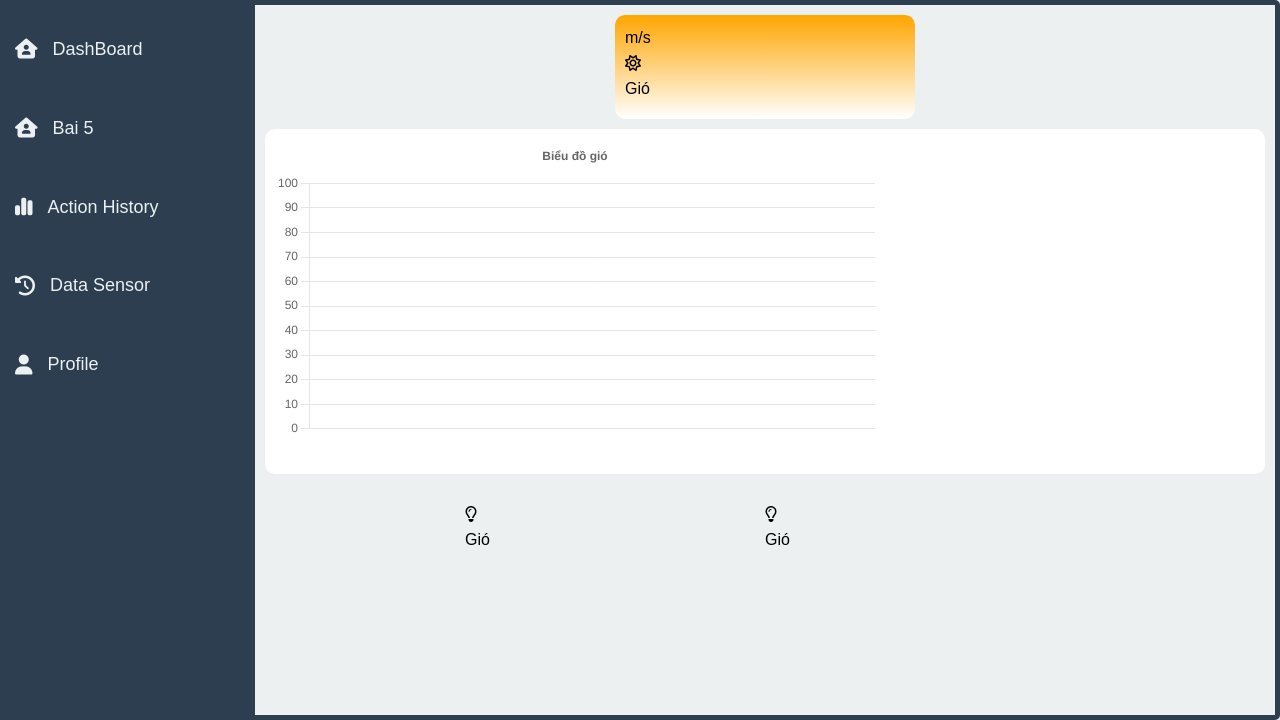
Repository: duongnoob23/duyyyy
Page: /bai5 (app in iot/)
The author's editor kept a copy of each file at every save. The page is drawn from the files as they stood at one save, then again after the next save.
The browser window is 1280 px wide. The pictures show the whole page.
The page's requests for data from a server got no answer. Some web libraries are served in a nearby version. The project was rebuilt for these pictures with package versions that can differ from the ones it lists, and the page was loaded fresh each time. No one was signed in, and anything a server would have sent is missing. Also part of the build but not shown: iot/src/App.css, iot/src/Components/Doughnut/GaugeChart.js, iot/src/Components/LineChart/LineChartECharts.js, iot/src/Pages/Home/Home.js, iot/src/Pages/DataLogs/DataLogs.js, iot/src/Pages/Profile/Profile.css, iot/src/Pages/Profile/Profile.js, iot/src/Pages/Action/Action.js and 1 more.

Above is the page before, as saved 2024-12-02 21:17:35.

### iot/public/index.html
<!DOCTYPE html>
<html lang="en">
  <head>
    <meta charset="utf-8" />
    <link rel="icon" href="%PUBLIC_URL%/favicon.ico" />
    <meta name="viewport" content="width=device-width, initial-scale=1" />
    <meta name="theme-color" content="#000000" />
    <meta
      name="description"
      content="Web site created using create-react-app"
    />
    <link rel="apple-touch-icon" href="%PUBLIC_URL%/logo192.png" />
    <!--
      manifest.json provides metadata used when your web app is installed on a
      user's mobile device or desktop. See https://developers.google.com/web/fundamentals/web-app-manifest/
    -->
    <link rel="manifest" href="%PUBLIC_URL%/manifest.json" />
    <!--
      Notice the use of %PUBLIC_URL% in the tags above.
      It will be replaced with the URL of the `public` folder during the build.
      Only files inside the `public` folder can be referenced from the HTML.

      Unlike "/favicon.ico" or "favicon.ico", "%PUBLIC_URL%/favicon.ico" will
      work correctly both with client-side routing and a non-root public URL.
      Learn how to configure a non-root public URL by running `npm run build`.
    -->
    <link rel="stylesheet" href="https://cdnjs.cloudflare.com/ajax/libs/font-awesome/6.6.0/css/all.min.css" integrity="sha512-Kc323vGBEqzTmouAECnVceyQqyqdsSiqLQISBL29aUW4U/M7pSPA/gEUZQqv1cwx4OnYxTxve5UMg5GT6L4JJg==" crossorigin="anonymous" referrerpolicy="no-referrer" />
    <title>React App</title>
    <script src="https://code.highcharts.com/highcharts.js"></script>
  </head>
  <body>
    <noscript>You need to enable JavaScript to run this app.</noscript>
    <div id="root"></div>
    <!--
      This HTML file is a template.
      If you open it directly in the browser, you will see an empty page.

      You can add webfonts, meta tags, or analytics to this file.
      The build step will place the bundled scripts into the <body> tag.

      To begin the development, run `npm start` or `yarn start`.
      To create a production bundle, use `npm run build` or `yarn build`.
    -->
  </body>
</html>

### iot/src/index.js
import React from 'react';
import { DatePicker } from 'antd';
import ReactDOM from 'react-dom/client';
import './index.css';
import App from './App';
import reportWebVitals from './reportWebVitals';
import { BrowserRouter } from 'react-router-dom';


const root = ReactDOM.createRoot(document.getElementById('root'));
root.render(
  // <React.StrictMode>
  <BrowserRouter>
    <App />
  </BrowserRouter>

  // </React.StrictMode>
);


reportWebVitals();

### iot/src/index.css
body {
  margin: 0;
  font-family: -apple-system, BlinkMacSystemFont, 'Segoe UI', 'Roboto', 'Oxygen',
    'Ubuntu', 'Cantarell', 'Fira Sans', 'Droid Sans', 'Helvetica Neue',
    sans-serif;
  -webkit-font-smoothing: antialiased;
  -moz-osx-font-smoothing: grayscale;
}

code {
  font-family: source-code-pro, Menlo, Monaco, Consolas, 'Courier New',
    monospace;
}

*{
  box-sizing: border-box;
  font-family: Arial, Helvetica, sans-serif;
}

html{
  font-size: 62.5%;
}

ul,li{
  list-style-type: none;
  margin: 0;
  padding:0;
}
a{
  text-decoration: none;
}

body{
  margin: 0;
  padding: 0;

}

### iot/src/App.js
// import logo from './logo.svg';
import './App.css';
import Layout from './Components/Layout/Layout';
import { Routes,Route} from 'react-router-dom';
import Home from './Pages/Home/Home';
import DataLogs from './Pages/DataLogs/DataLogs';
import Profile from './Pages/Profile/Profile';
import Action from './Pages/Action/Action';
import Bai5 from './Pages/Bai5/Bai5';
function App() {
  return (
    <>

      <Routes>
          <Route path="/" element = {<Layout/>}>
            <Route path='home' element={<Home/>}/>
            <Route path='bai5' element={<Bai5 />}/>
            <Route path='datalogs' element={<DataLogs/>}/>
            <Route path='profile' element={<Profile/>}/>
            <Route path='action' element={<Action/>}/>
          </Route>
      </Routes>
    </>
  );
}

export default App;

### iot/src/Components/Layout/Layout.js
import './Layout.css'
import { Link, Outlet, } from "react-router-dom";
// import { useState } from "react";

function Layout(){

    return (
        <>

        <div className="dashBoard">
        <div className="sideBar">
            <ul className="sideBar-list">
                <li className="sideBar-item">
                    {/* <a  href="#" className="sideBar-icon">
                        <i className="fa-solid fa-house-user">
                        </i>
                        <span className='sideBar-text'>DashBoard</span>
                    </a> */}
                    <Link className='sideBar-icon' to={"/home"}>
                        <i className="fa-solid fa-house-user">
                        </i>
                        <span className='sideBar-text'>DashBoard</span>
                    </Link>
                </li>
                <li className="sideBar-item">
                    <Link className='sideBar-icon' to={"/bai5"}>
                        <i className="fa-solid fa-house-user">
                        </i>
                        <span className='sideBar-text'>Bai 5</span>
                    </Link>
                </li>
                <li className="sideBar-item">
                <Link  className="sideBar-icon" to={"/action"}>
                    <i className="fa-solid fa-chart-simple"></i>
                        <span className='sideBar-text'>Action History</span>
                    </Link>
                </li>
                <li className="sideBar-item">
                    <Link className="sideBar-icon" to={"/datalogs"} >
                    <i className="fa-solid fa-clock-rotate-left"></i>
                        <span className='sideBar-text'> Data Sensor</span>
                    </Link>
                </li>
                <li className="sideBar-item">

                    <Link className="sideBar-icon" to={"/profile"}>
                        <i className="fa-solid fa-user"></i>
                        <span className='sideBar-text'>Profile</span>
                    </Link>
                </li>
            </ul>
        </div>
        <div className="sideMain">
            <Outlet/>
        </div>
    </div>
        </>
    )
}

export default Layout;

### iot/src/Components/Layout/Layout.css


/* Reset default padding and margins */
* {
    margin: 0;
    padding: 0;
    box-sizing: border-box;
}

/* DashBoard container */
.dashBoard {
    display: flex;
    height : 100vh;
    font-family: 'Roboto', sans-serif;
}

/* SideBar styling */
.sideBar {
    width: 250px;
    background-color: #2c3e50;
    padding: 20px 0;
    position: fixed;
    height: 100%;
    transition: all 0.3s ease;
}

.sideBar-list {
    list-style: none;
    padding-left: 0;
}

.sideBar-item {
    margin-bottom: 20px;
}

.sideBar-icon {
    display: flex;
    align-items: center;
    padding: 15px;
    color: #ecf0f1;
    text-decoration: none;
    transition: background 0.3s ease, color 0.3s ease;
}

.sideBar-icon i {
    margin-right: 15px;
    font-size: 20px;
}

/* Hover effect for sidebar items */
.sideBar-icon:hover {
    background-color: #34495e;
    color: #1abc9c;
    cursor: pointer;
    padding-left: 25px; /* Add a slide effect */
    transition: all 0.3s ease;
}

.sideBar-text {
    font-size: 18px;
}

/* Active link effect */
.sideBar-icon.active {
    background-color: #1abc9c;
    color: #fff;
    border-radius: 8px;
    transition: all 0.3s ease;
}

/* SideMain styling */
.sideMain {
    margin-left: 250px;
    background-color: #ecf0f1;
    flex-grow: 1;
}

/* Responsive Design */
@media screen and (max-width: 768px) {
    .sideBar {
        width: 200px;
    }

    .sideBar-icon {
        padding: 10px;
    }

    .sideMain {
        margin-left: 200px;
        padding: 20px;
    }
}

@media screen and (max-width: 576px) {
    .sideBar {
        width: 60px;
    }

    .sideBar-icon i {
        margin-right: 0;
        text-align: center;
        flex: 1;
    }

    .sideBar-text {
        display: none;
    }

    .sideMain {
        margin-left: 60px;
        padding: 10px;
    }
}

### iot/src/Pages/Home/Home.css
/* General Styling */
.main {
    display: flex;
    flex-direction: column;
    height : 100%; /* Chiếm toàn bộ chiều cao của màn hình */

    box-sizing: border-box; /* Đảm bảo padding không làm thay đổi kích thước */
}

.section {
  width: 100%;
  height : 100%;
}



.section-one{
    width: 100vh;
    height : 100%;
    display: flex;
    flex-direction: row;

}

.left{
  width: 75%;
}

.right{
  width: 25%;
}

.sensor{
    height: 30%;
}


.sensor-list {
    height: 100%;
    display: flex;
    list-style-type: none;
    padding: 0;
    margin: 0;
    justify-content: space-between; /* Rải đều các phần tử trong container */
    width: 100%; /* Chiếm toàn bộ chiều rộng của màn hình */
}

.sensor-item {
    flex: 1; /* Các phần tử sẽ tự động chiếm đều không gian */
    /* padding: 5px; */
    background-color: #ffffff;
    border-radius: 12px;
    box-shadow: 0 4px 12px rgba(0, 0, 0, 0.1);
    display: flex;
    flex-direction: column;
    align-items: center;
    text-align: center;
    margin: 10px;
    min-width: 50px; /* Đảm bảo các phần tử không quá nhỏ */
}
  .sensor-item .sensor-digit {
    font-size: 1.2em;
    font-weight: bold;
    margin-bottom: 5px;
    color: #333;
  }

  .sensor-item:nth-child(2){
    /* margin:10px 20px; */
  }

  .sensor-bar {
    width: 100%;
    height: 100px;
    background-color: #e0e0e0;
    border-radius: 8px;
    position: relative;
    overflow: hidden;
    margin: 10px 0;
  }

  .sensor-fill {
    position: absolute;
    bottom: 0;
    width: 100%;
    border-radius: 8px;
  }

  .sensor-item.light .sensor-fill {
    background-color: #ffb74d; /* Soft orange for light */
  }

  .sensor-item.temperature .sensor-fill {
    background-color: #ef5350; /* Soft red for temperature */
  }

  .sensor-item.humidity .sensor-fill {
    background-color: #42a5f5; /* Soft blue for humidity */
  }

  .label {
    font-size: 0.9em;
    font-weight: 600;
    color: #777;
  }
  /* Chart Section */
  .chart {
    height: 70%;
    width: 100%;
    /* margin-top: 20px; */
    /* margin: 15px; */
    padding: 0;
  }
.styleChart{
  aspect-ratio: 7/3;
}
  /* Electric Section */
  .electric {
    width: 100%;
    margin-top: 5px;
  }

  .electric-list {
    list-style: none;
    padding: 0;
    margin: 0;
    display: flex;
    flex-direction: column;
    justify-content: space-around;
    gap: 15px;
  }

  .electric-item {
    /* flex: 1; */
    text-align: center;
    padding: 20px;
    background-color: #f9f9f9;
    border-radius: 10px;
    box-shadow: 0px 4px 10px rgba(0, 0, 0, 0.1);
    transition: transform 0.3s ease, box-shadow 0.3s ease;
    width: 300px;
  }




  .electric-box {
    position: relative;
    margin-bottom: 10px;
  }

  .electric-input {
    display: none;
  }

  .electric-label {
    display: block;
    width: 60px;
    height: 30px;
    background-color: #ddd;
    border-radius: 15px;
    position: relative;
    cursor: pointer;
    transition: background-color 0.3s;
  }



  .electric-input:checked + .electric-label {
    background-color: #4caf50;
  }

  .electric-input:checked + .electric-label:before {
    left: 31px;
  }

  .on-off {
    font-weight: bold;
    margin-top: 8px;
    font-size: 16px;
  }

  .electric-item i {
    font-size: 36px;
    color: #4caf50;
  }

  .electric-item .light-icon,
  .electric-item .temp-icon,
  .electric-item .air-icon {
    color: #aaa;
  }

/* css button  */

### iot/src/Components/Helper/URL.js
export const URL = "http://localhost:3001";

### iot/src/Pages/DataLogs/DataLogs.css
*{
    box-sizing: border-box;
}
.table {
    width: 90%;
    border-collapse: collapse;
    margin: 10px;
    border-radius:10px;
    overflow: hidden;
}

.data{
    border:5px solid #2c3e50;
    border-radius: 0 5px 5px 0;
    height: 100%;
}

.table__body{
    border-radius: 10px;
    border: 2px solid #2c3e50;
}

.table__head{
    border: 2px solid #2c3e50;
}
th, td {
    padding: 10px;
    text-align: center;
    border-bottom: 1px solid #ddd;
}
th {
    background-color: #2c3e50;
    color: white;
}

.table-row__body{
    transition: all 0.1s linear;

}
.table-row__body:nth-child(even){
    background-color: #eee;

}
.table-row__body:hover{
    background-color: #2c3e50;
    color: #F4C427;

}

.table-row__body:active{
    background-color: #2c3e50;
    color: #F4C427;
}
.data__title{
    margin-left: 10px;
    font-size: 20px;
    font-weight: bold;
}

.data__sort{
    margin-left: 10px;
    font-size: 15px;
    font-weight: bold;
    margin-bottom: 10px;

}

.data__in{
    border-radius: 10px;
    border: 2px solid #7A40F2;
    margin: 10px;
}

### iot/src/Pages/Action/Action.css
* {
    box-sizing: border-box;
    font-family: 'Arial', sans-serif; /* Change this to your preferred font */
    font-size: 16px; /* Default font size */
    line-height: 1.6; /* Controls line spacing */
}


.action {
    border: 5px solid #2c3e50;
    border-radius: 0 5px 5px 0;
    height: 100vh; /* Full viewport height */
    display: flex;
    flex-direction: column;
    justify-content: space-between; /* Distribute space evenly */
}

.action-title {
    margin-left: 10px;
    font-size: 24px;
    font-weight: bold;
    margin-bottom: 20px;
}

.option {
    display: flex;
    align-items: center;
    margin-bottom: 20px;
}

.search {
    margin-left: 20px;
    display: flex;
    align-items: center;
}

.search__input {
    padding: 8px 15px;
    border-radius: 8px;
    outline: none;
    border: 1px solid #2c3e50;
    margin-right: 5px;
    font-size: 16px;
}

.search__icon {
    cursor: pointer;
    font-size: 20px;
    color: #2c3e50;
}

.select, .select2 {
    margin-left: auto;
    padding: 0 10px;
}

.select__list {
    padding: 8px 12px;
    border-radius: 8px;
    border: 1px solid #2c3e50;
    outline: none;
    font-size: 16px;
}

/* Table container to control overflow */
.table__container {
    flex-grow: 1;
    overflow-y: auto;
    border-radius: 10px;
    margin: 0 20px;
    padding-bottom: 20px;
}

.table {
    width: 100%;
    border-collapse: collapse;
}

.table__head {
    background-color: #2c3e50;
    color: white;
    border-radius: 10px 10px 0 0;
}

.table-row__head th, .table-row__body td {
    padding: 10px;
    text-align: center;
}

.table-row__body:nth-child(even) {
    background-color: #f7f7f7;
}

.table-row__body:hover {
    background-color: #2c3e50;
    color: #F4C427;
}

/* Maintain height to ensure 10 rows fill the page */
.table-row__body {
    height: 40px; /* Adjust this based on design preferences */
    transition: background-color 0.3s;
}

.table__body {
    border-radius: 0 0 10px 10px;
}

.pagination {
    margin-right: 20px;
    padding: 10px 0;
    text-align: right;
}

.pagi__list {
    display: flex;
    justify-content: flex-end;
    align-items: center;
    font-size: 16px;
}

.pagi__item {
    margin: 0 5px;
    cursor: pointer;
    padding: 5px 10px;
    border: 1px solid #3498db;
    border-radius: 5px;
    transition: background-color 0.3s;
}

.pagi__next, .pagi__pre {
    color: #3498db;
}

.pagi__cur {
    font-weight: bold;
    color: #fff;
    background-color: #15181b;
    border-radius: 5px;
    padding: 5px 10px;
}

/* Ensure last row visibility */
.table__container::-webkit-scrollbar {
    width: 6px;
}

.table__container::-webkit-scrollbar-thumb {
    background-color: #121518;
    border-radius: 10px;
}

### iot/src/Pages/Bai5/Bai5.css
.main{
    width: 100%;
    padding:10px;
    height: 100%;
    border:5px solid #2c3e50;
    border-radius: 0 5px 5px 0;
}


.section{
}

.section .section-two{
    height: 100%;
    width: 100%;
    display: flex;
    flex-direction: column;
}



.electric{
    background-color: white;
    /* padding:10px; */
    border-radius: 15px;
    /* margin-bottom: 15px; */
}

.electric-list{
    display: flex;
    justify-content: center;
    align-items: center;
    margin-left: -20px;
    height: 100%;
}

.electric-item{
    width: 80%;
    height: calc(100% / 3 - 10px);
    margin-left: 20px;
    /* background-color: white; */
    border-radius: 10px;
    padding: 10px;
    box-shadow: rgba(0, 0, 0, 0.35) 0px 5px 15px;
    color:#2c3e50;
    display: flex;
    flex-direction: column;
    justify-content: space-between;
    font-size: 15px;
    transition: all 0.25s linear;
    position: relative;
    /* cursor: pointer; */
}

/* .electric-item:hover{
    background-color: #2c3e50;
    color: white;
    box-shadow: #2c3e50 3px 3px 9px 0px;
} */

.electric-item i{
    font-size: 40px;
}

.electric-item .on-off{
    font-size: 20px;
    color: black;
    margin-top: 0;
}

.electric-item:hover .on-off{
    /* color:white; */
}

.electric-input{
    display: none;
}

.electric-input:checked + .electric-label{
    background-color: #2c3e50;
    box-shadow: white 0px 5px 15px;
}

.electric-input:checked + .electric-label:after{
    background-color: white;
    transform: translateX(17px);
}
.electric-input:checked .temperature{
    color: #2c3e50;
}


.electric-label{
    position: absolute;
    top:20px;
    right: 20px;
    width: 36px;
    height: 20px;
    border-radius: 20px;
    background-color: #F5F5F5;
    transition: all 0.25s linear;
    cursor: pointer;
}

.electric-label:after{
    cursor: pointer;
    content: "";
    position:  absolute;
    top:1px;
    left: 1px;
    width: 18px;
    height: 18px;
    border-radius: 50%;
    background-color: white;
    transition: all 0.25s linear;
    box-shadow: rgba(0, 0, 0, 0.35) 0px 5px 15px;
}

.electric-item .electric-light{
    display: inline-block;
    font-size: 40px;
    color: black;
    transition: all 0.4s linear;
    display: flex;
    justify-content: center;
    align-items: center;
}
.electric-item .electric-light.show{
    color: yellow;
    /* box-shadow: 0 0 3px 3px yellow; */
    filter: drop-shadow(0 0 10px rgba(255, 255, 0, 0.8)) drop-shadow(0 0 20px rgba(255, 255, 0, 0.642));
}

.electric-item .electric-air{
    display: flex;
    justify-content: center;
    align-items: center;
    color:black;
}

.electric-item .electric-air.show{
    content: "";
    animation:spin 2s linear infinite;
    color:#3acbe9;
    transition: all 0.4s linear;
}

.electric-item .electric-temperature{
    display: flex;
    justify-content: center;
    align-items: center;
    color:black;
}

.electric-item .electric-temperature.show{
    /* color: linear-gradient(to top,red ,yellow ); */
    background-image: linear-gradient(to top,red,yellow);
    color:transparent;
    background-clip: text;
    transition: all 0.4s linear;
}

@keyframes spin {
    to{
        transform: rotate(720deg);
    }
  }

.meter{
    background-color: white;
    padding:10px;
    border-radius: 15px;
    margin-bottom: 5px;
}

.meter-list{
    display: flex;
    justify-content: center;
    align-items: center;
    margin-left: -20px;
}

.meter-item{
    width: calc(100% / 3 - 20px);
    height: 120px;
    margin-left: 20px;
    /* background-color: white; */
    border-radius: 10px;
    padding: 10px;
    box-shadow: rgba(0, 0, 0, 0.35) 0px 5px 15px;
    color:black;
    display: flex;
    flex-direction: column;
    justify-content: space-between;
    font-size: 18px;
    transition: all 0.25s linear;
    position: relative;
}
.meter-item:first-child{
    /* background-image: linear-gradient(to bottom,#F4C427,white); */
    background-color: #f4c427;
    }



.meter-item:last-child{
    /* background-image: linear-gradient(to bottom,#3ACBE9,white); */
    background-color: #3acbe9;
}

.meter-item:nth-child(2){
    /* background-image: linear-gradient(to bottom,#FF9060,white); */
    background-color: #FF9060;
}

.meter-digit
{
    text-align: start;
    font-size: 24px;
    font-weight: white;
}

.chart{
    width: 100%;
    height: 50%;
    border-radius: 10px;
    background-color: white;
    padding:10px;
    margin-bottom: 20px;
    ;
}



.blink {
    background-color: yellow;
    animation: blink 1s infinite;
  }

  @keyframes blink {
    0%, 100% {
      background-color: yellow;
    }
    50% {
      background-color: transparent;
    }
  }


.bai5{
    margin: 0 auto;
    width: 300px;
    height: 15%;
    margin-bottom: 10px;
    border-radius: 10px;
    overflow: hidden;
}

.bai5 .bai5-item{
    padding: 10px;
    height: 100%;
}
.control{
    width: 100%;
    height: 30%;
}

.control-list{
    display: flex;
    justify-content: center;
    align-items: center;
}

.control-item{
    width: 300px;
    height: 90%;
}

### iot/src/Components/LineChart/LineChartFix.js
import React, { useEffect,useState } from 'react';
import { Line } from 'react-chartjs-2';
import { Chart as ChartJS, CategoryScale, LinearScale, PointElement, LineElement, Title, Tooltip, Legend } from 'chart.js';
import {URL} from '../Helper/URL';
ChartJS.register(CategoryScale, LinearScale, PointElement, LineElement, Title, Tooltip, Legend);



const LineChartFix = ({onDataUpdate}) => {


  const [dataChart,setDataChart] = useState({
    labels:[],
    datasets:[],
  })
  // console.log(onDataUpdate);
  const fetchApi = () => {
    fetch(URL + `/windspeed`)
      .then(res => res.json())
      .then(data => {
        if (data) {
          console.log(data);

          // Adding index (increasing order) to the data
          let indexedData = data.results.map((item, index) => ({
            ...item,
            index: index + 1 // Adding index starting from 1
          }));

          // Extract time, temperature, humidity, and light values
          let time = indexedData.map(item => item.time);
          let temperature = indexedData.map(item => item.temperature);
          let humidity = indexedData.map(item => item.humidity);
          let light = indexedData.map(item => item.light / 10);
          let windspeed = indexedData.map(item => item.light/10 + 13);
          setDataChart({
            labels: time,
            datasets: [
              {
                label: 'Tốc độ gió ',
                data: windspeed,
                borderColor: 'rgba(255, 206, 86, 1)',
                backgroundColor: 'rgba(255, 206, 86, 0.2)',
                tension: 0.4,
              },
            ],
          });

          const option = {
            windspeed: windspeed[windspeed.length - 1 ],
          };

          onDataUpdate(option);
        }
      });
  };

  useEffect(() => {
    fetchApi(); // Lần gọi đầu tiên ngay khi component mount

    // const interval = setInterval(() => {
    //   fetchApi(); // Gọi API mỗi 5 giây (5000ms)
    // }, 5000);

    // return () => clearInterval(interval); // Dọn dẹp interval khi component unmount
  }, []);


  const options = {
    responsive: true,
    plugins: {
      legend: {
        position: 'top',
      },
      title: {
        display: true,
        text: 'Biểu đồ gió',
      },
    },
    scales: {
      y: {
        beginAtZero: true,
        max: 100, // Đặt giá trị tối đa cho trục y
      },
    },
  };


  return (
    <div style={{ width: '100%', height: '300px', margin: '0 auto',textAlign: 'center' }}>
      <Line data={dataChart} options={options} />
    </div>
  );
};

// onDataUpdate={handleDataUpdate}
export default LineChartFix;

Loaded but not shown: iot/src/reportWebVitals.js (common file); iot/src/Pages/Bai5/Bai5.js (119 lines, source omitted)

After the next save:
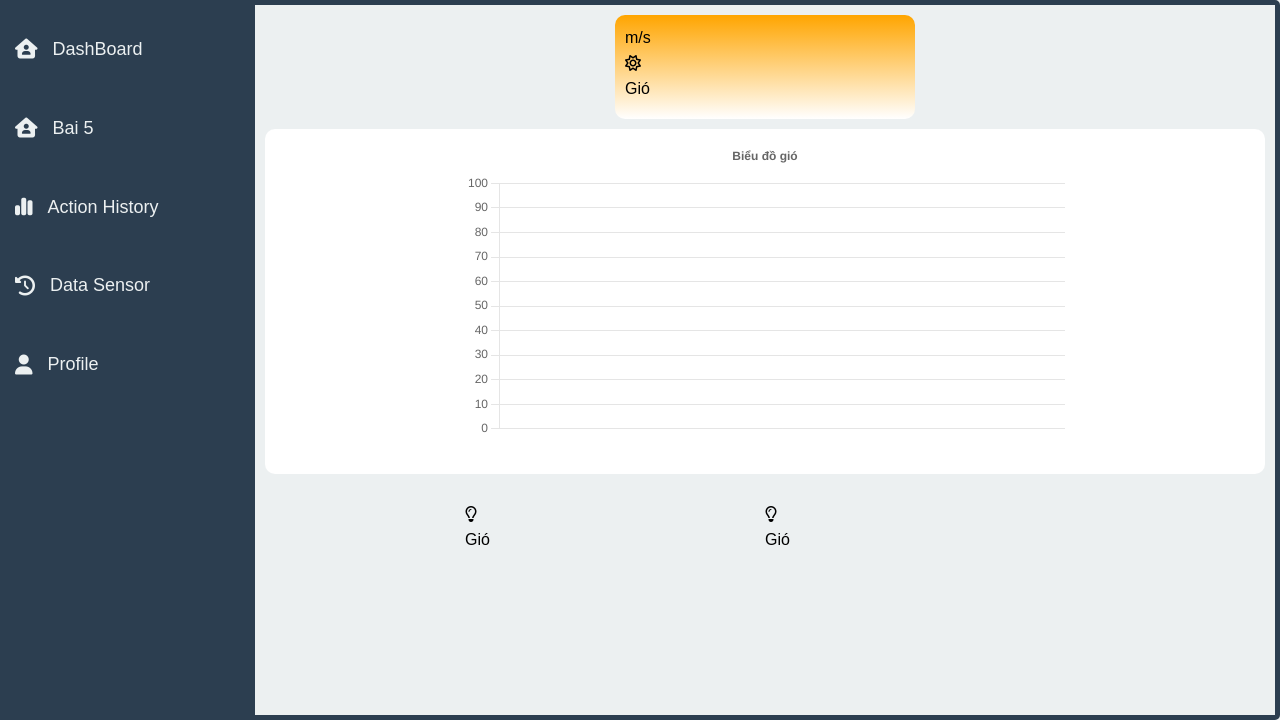
Saved 43 s later.
--- a/iot/src/Components/LineChart/LineChartFix.js
+++ b/iot/src/Components/LineChart/LineChartFix.js
@@ -87,7 +87,15 @@ const LineChartFix = ({onDataUpdate}) => {
 
 
   return (
-    <div style={{ width: '100%', height: '300px', margin: '0 auto',textAlign: 'center' }}>
+    <div style={{
+      width: '100%',
+      height: '300px',
+      margin: '0 auto',
+      textAlign: 'center',
+      display: 'flex',
+      justifyContent: 'center', // Căn giữa theo chiều ngang
+      alignItems: 'center',
+    }}>
       <Line data={dataChart} options={options} />
     </div>
   );
